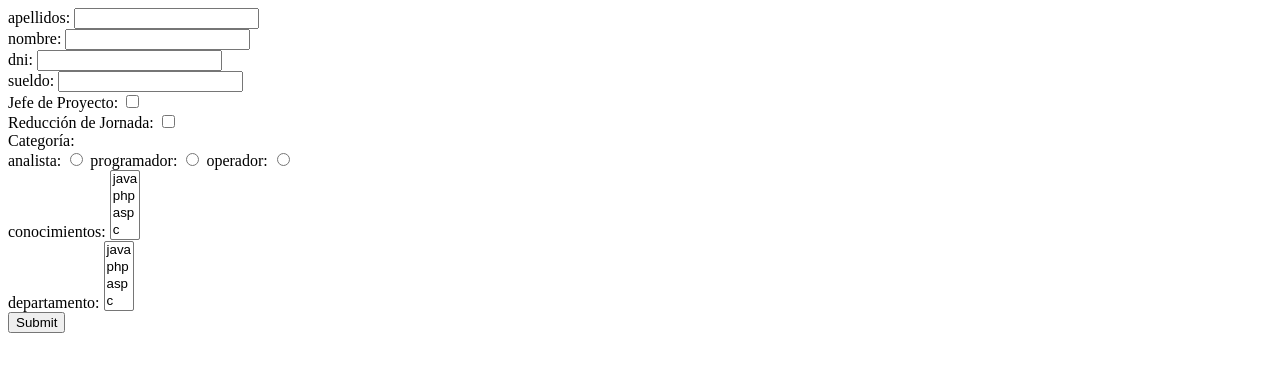
Repository: pedroblanch/ejerciciosPhp2021-2022
Page: http://localhost/formDatosEmpleado.php
These files come from the project's save history. The page is drawn as it stood at one moment and after the next save; the edit follows.
The browser window is 1280 px wide. The pictures show the whole page.
The page is run by PHP 8.4 with error messages shown; the project is at /var/www/html/.

Above is the page before, as saved 2022-01-12 11:05:27.

After the next save:
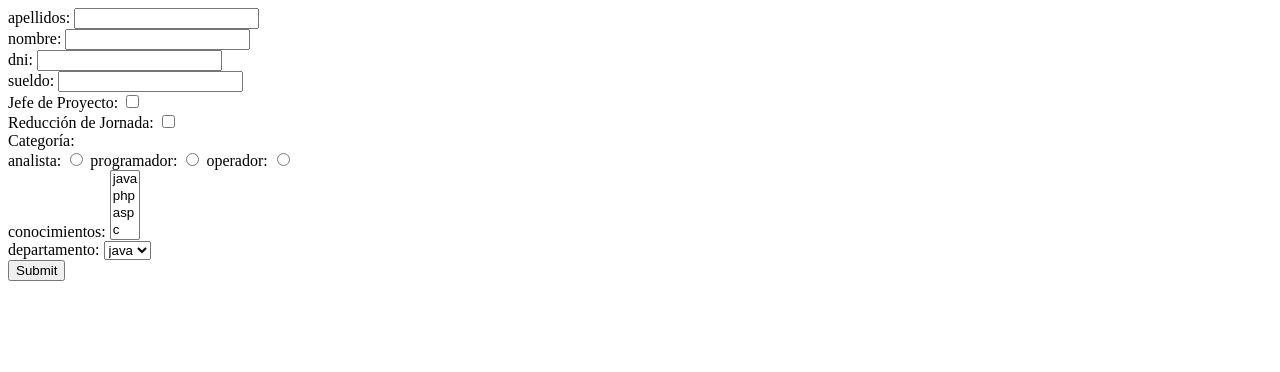
Saved 21 s later.
--- a/ejerciciosBasicos/formDatosEmpleado.php
+++ b/ejerciciosBasicos/formDatosEmpleado.php
@@ -36,7 +36,7 @@
     </select>
     <br>
 	 <label for="departamento">departamento:</label>
-    <select name="departamento" multiple>
+    <select name="departamento">
       <option value="informática">java</option>
       <option value="contabilidad">php</option>
       <option value="almacen">asp</option>
